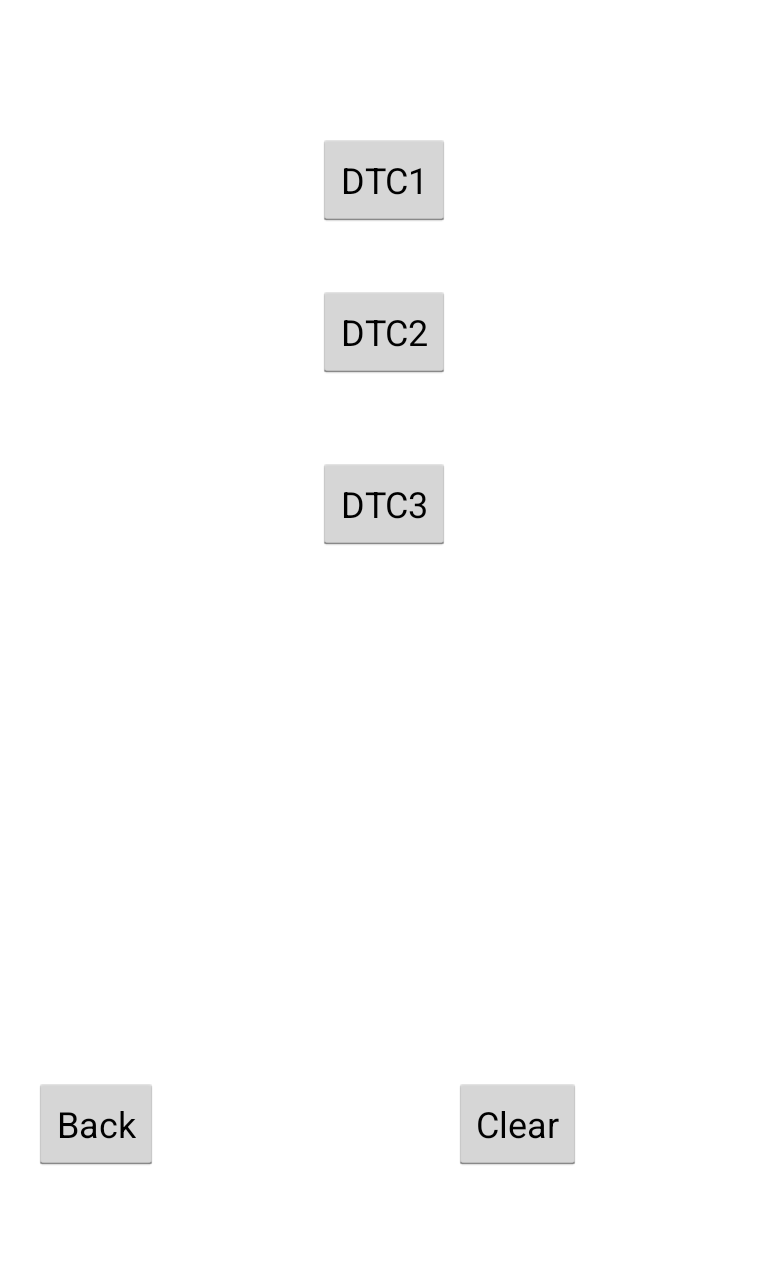
Repository: raul09/Overdrive
Layout: workspace/AutoPerformanceAnalyzer/res/layout/activity_check_error.xml
These files come from the project's save history. The layout is drawn as it stood at one moment and after the next save; the edit follows.
It is drawn on a 768 x 1280 px phone screen (xhdpi) without system bars, with theme AppTheme; the app's code is not run.

Above is the layout before, as saved 2013-10-01 22:20:48.

After the next save:
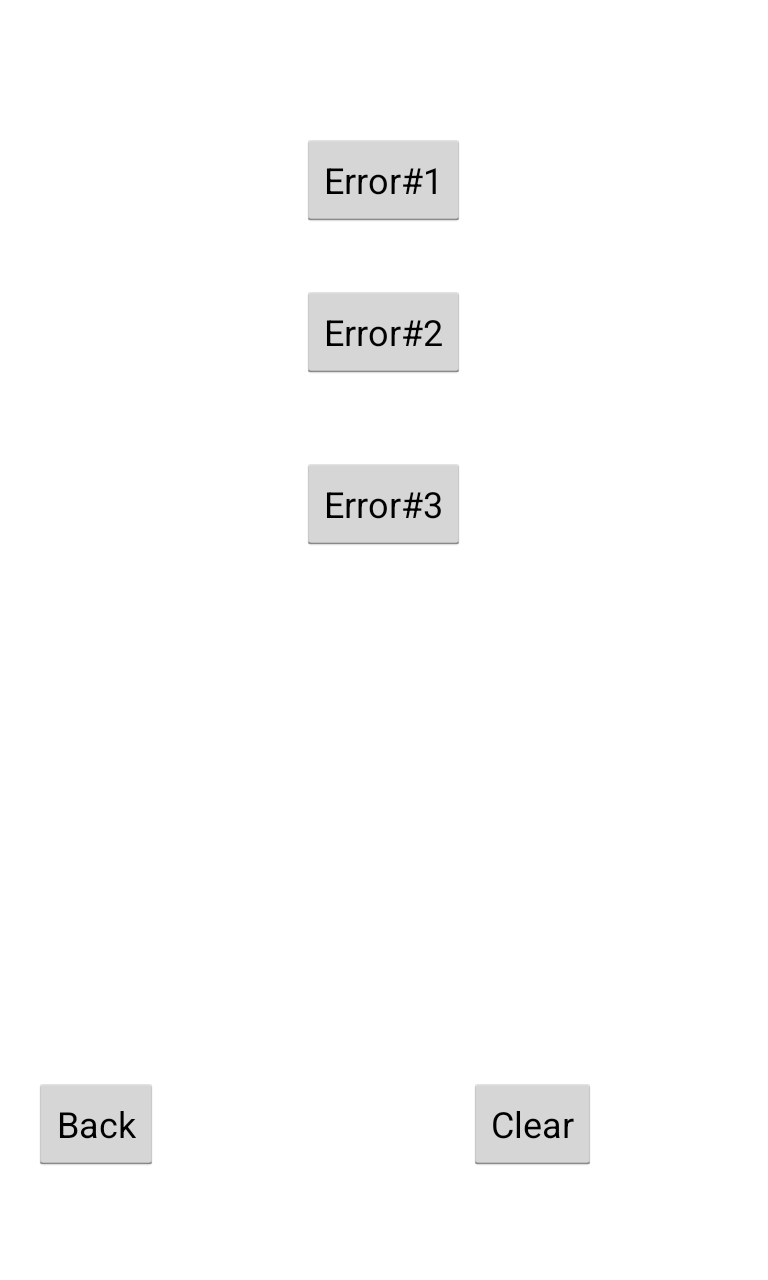
Saved 2 min 39 s later.
--- a/workspace/AutoPerformanceAnalyzer/res/layout/activity_check_error.xml
+++ b/workspace/AutoPerformanceAnalyzer/res/layout/activity_check_error.xml
@@ -15,7 +15,7 @@
         android:layout_alignParentTop="true"
         android:layout_centerHorizontal="true"
         android:layout_marginTop="50dp"
-        android:text="DTC1" />
+        android:text="@string/DTC1" />
 
     <Button
         android:id="@+id/DTC2"
@@ -24,7 +24,7 @@
         android:layout_alignLeft="@+id/DTC1"
         android:layout_below="@+id/DTC1"
         android:layout_marginTop="28dp"
-        android:text="DTC2" />
+        android:text="@string/DTC2" />
 
     <Button
         android:id="@+id/DTC3"
@@ -33,7 +33,7 @@
         android:layout_alignRight="@+id/DTC2"
         android:layout_below="@+id/DTC2"
         android:layout_marginTop="38dp"
-        android:text="DTC3" />
+        android:text="@string/DTC3" />
 
     <Button
         android:id="@+id/Back1"
@@ -43,7 +43,7 @@
         android:layout_marginBottom="38dp"
         android:layout_marginRight="16dp"
         android:layout_toLeftOf="@+id/button3"
-        android:text="Back" />
+        android:text="@string/Back" />
 
     <Button
         android:id="@+id/Clear"
@@ -52,6 +52,7 @@
         android:layout_alignBaseline="@+id/Back1"
         android:layout_alignBottom="@+id/Back1"
         android:layout_toRightOf="@+id/DTC3"
-        android:text="Clear" />
+        android:text="@string/Clear"
+        android:onClick="sendRun"/>
 
 </RelativeLayout>
